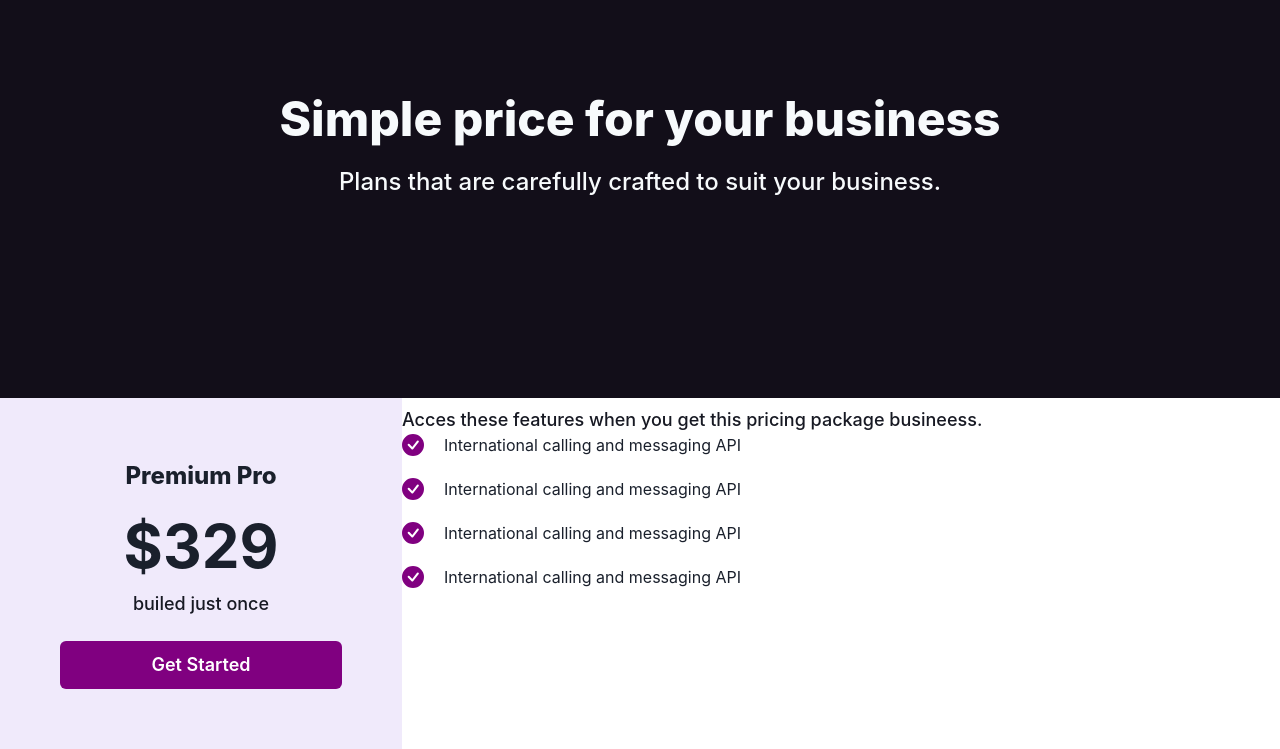
Repository: noutijo/learn-in-depth-chakra-ui
Page: /
These files come from the project's save history. The page is drawn as it stood at one moment and after the next save; the edit follows.
The browser window is 1280 px wide. The pictures show the whole page.
The project was rebuilt for these pictures with package versions that can differ from the ones it lists, and the page was loaded fresh each time. Also part of the build but not shown: vite.config.ts.

Above is the page before, as saved 2023-01-30 16:08:20.

### src/main.tsx
import React from 'react'
import ReactDOM from 'react-dom/client'
import App from './App'
import { ChakraProvider } from "@chakra-ui/react"

ReactDOM.createRoot(document.getElementById('root') as HTMLElement).render(
  <ChakraProvider>
  <React.StrictMode>
    <App />
  </React.StrictMode>
  </ChakraProvider>,
)

### src/App.tsx
//import './App.css'
import "./App.css";
import { Box, Flex, Stack, VStack, HStack } from "@chakra-ui/react";
import { Header  } from "./components/Header";
import { Pricing } from "./components/Pricing";

export default function App() {
  return (
    <div className="App">
      <Box>
        <Header />
        <Pricing />
      </Box>
    </div>
  );
}

### src/App.css
#root {
  max-width: 1280px;
  margin: 0 auto;
  text-align: center;
}

.logo {
  height: 6em;
  padding: 1.5em;
  will-change: filter;
}
.logo:hover {
  filter: drop-shadow(0 0 2em #646cffaa);
}
.logo.react:hover {
  filter: drop-shadow(0 0 2em #61dafbaa);
}

@keyframes logo-spin {
  from {
    transform: rotate(0deg);
  }
  to {
    transform: rotate(360deg);
  }
}

@media (prefers-reduced-motion: no-preference) {
  a:nth-of-type(2) .logo {
    animation: logo-spin infinite 20s linear;
  }
}

.card {
  padding: 2em;
}

.read-the-docs {
  color: #888;
}

### src/components/Header.tsx
//import './App.css'
import { Box, Heading, Text, Flex } from "@chakra-ui/react";

export function Header() {
  return (
    <Box
      as="section"
      color="#F7FAFC"
      bg="#120E19"
      pt="90px"
      pb="198px"
      px="32px">
      <Heading fontWeight={800} fontSize={"48px"}>
        Simple price for your business
      </Heading>
      <Text fontWeight={500} fontSize={"24px"} mt="16px">
        Plans that are carefully crafted to suit your business.
      </Text>
    </Box>
  );
}

### src/components/Pricing.tsx
//import './App.css'
import { Box, Heading, Text, Flex, Button, HStack,Stack, Icon } from "@chakra-ui/react"
import { BsCheckCircleFill } from "react-icons/bs"

export const ListItem = (props:any)=>{
    const {children, ...rest } = props
    return (
      <HStack as="li" spacing="20px" {...rest}>
        <Icon as={BsCheckCircleFill}  w="22px" h="22px" color="purple"/>
        <Text>{children}</Text>
      </HStack>
    );
}

export function Pricing() {
  return (
    <Box>
      <Flex>
        <Box bg="#f0eafb" p="60px">
          <Text fontSize="24px" fontWeight="800">
            Premium Pro
          </Text>
          <Heading as="h3" fontSize="60px" mt="16px">
            $329
          </Heading>
          <Text fontSize="18px" fontWeight="500" color="#171923" mt="8px">
            builed just once
          </Text>
          <Button
            bg="purple"
            color="white"
            size={"lg"}
            w="282px"
            mt="24px"
            _hover={{ backgrounColor: "purple", color: "#F7FAFC" }}>
            Get Started
          </Button>
        </Box>

        <Box>
            <Text fontSize="18px" fontWeight="500" color="#171923" mt="8px">
            Acces these features when you get this pricing package busineess.
          </Text>
          <Stack as="ul" spacing="20px" pt="">
           <ListItem>International calling and messaging API</ListItem>
           <ListItem>International calling and messaging API</ListItem>
           <ListItem>International calling and messaging API</ListItem>
           <ListItem>International calling and messaging API</ListItem>
          </Stack>
        </Box>
      </Flex>
    </Box>
  )
}

Loaded but not shown: index.html (common file)

After the next save:
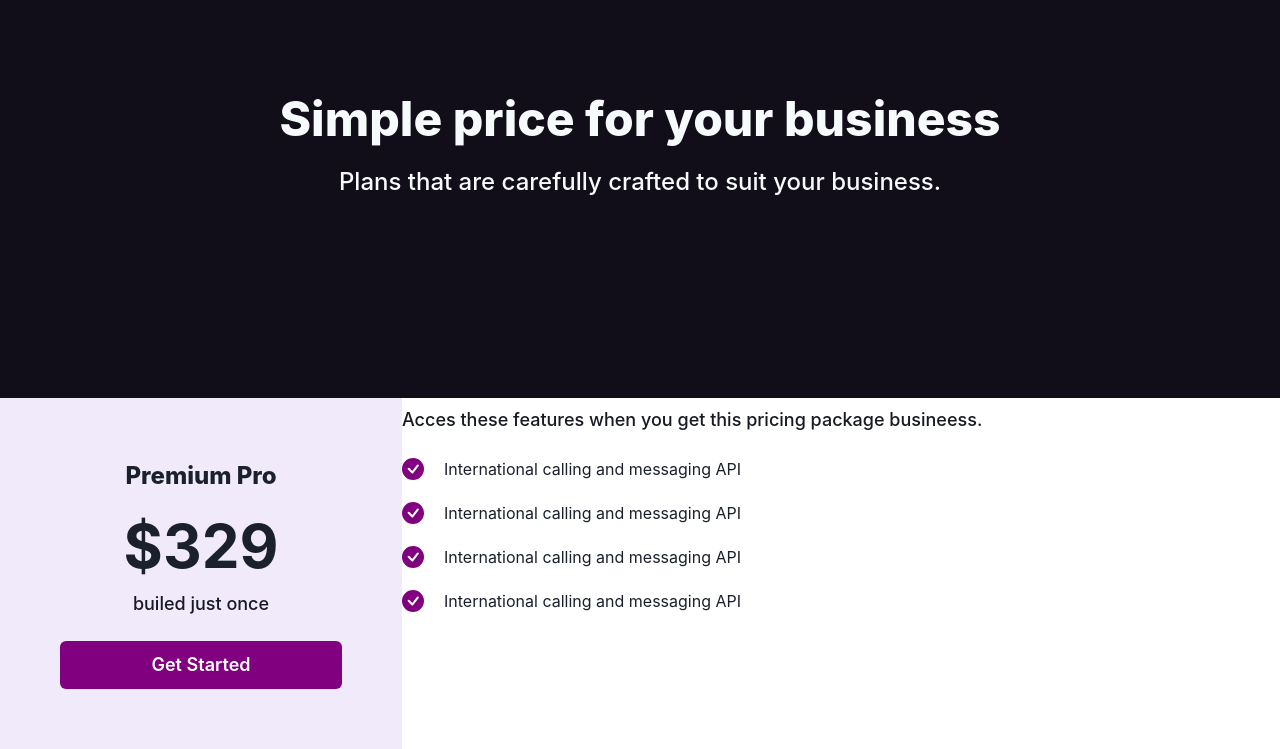
Saved 13 s later.
--- a/src/components/Pricing.tsx
+++ b/src/components/Pricing.tsx
@@ -41,7 +41,7 @@ export function Pricing() {
             <Text fontSize="18px" fontWeight="500" color="#171923" mt="8px">
             Acces these features when you get this pricing package busineess.
           </Text>
-          <Stack as="ul" spacing="20px" pt="">
+          <Stack as="ul" spacing="20px" pt="24px">
            <ListItem>International calling and messaging API</ListItem>
            <ListItem>International calling and messaging API</ListItem>
            <ListItem>International calling and messaging API</ListItem>
